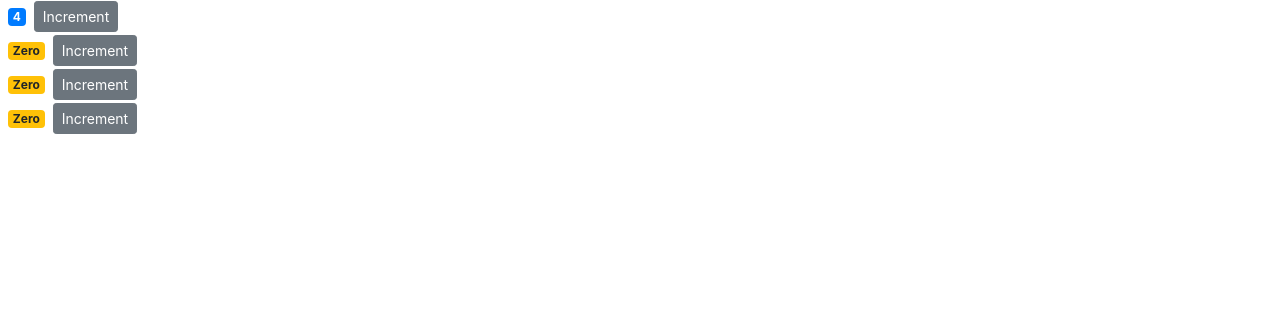
Repository: smk87/First-React-App
Page: /
These files come from the project's save history. The page is drawn as it stood at one moment and after the next save; the edit follows.
The browser window is 1280 px wide. The pictures show the whole page.
The project was rebuilt for these pictures with package versions that can differ from the ones it lists, and the page was loaded fresh each time. Also part of the build but not shown: src/App.css, src/App.js.

Above is the page before, as saved 2019-01-05 14:02:04.

### public/index.html
<!DOCTYPE html>
<html lang="en">
  <head>
    <meta charset="utf-8" />
    <link rel="shortcut icon" href="%PUBLIC_URL%/favicon.ico" />
    <meta
      name="viewport"
      content="width=device-width, initial-scale=1, shrink-to-fit=no"
    />
    <meta name="theme-color" content="#000000" />
    <!--
      manifest.json provides metadata used when your web app is added to the
      homescreen on Android. See https://developers.google.com/web/fundamentals/web-app-manifest/
    -->
    <link rel="manifest" href="%PUBLIC_URL%/manifest.json" />
    <!--
      Notice the use of %PUBLIC_URL% in the tags above.
      It will be replaced with the URL of the `public` folder during the build.
      Only files inside the `public` folder can be referenced from the HTML.

      Unlike "/favicon.ico" or "favicon.ico", "%PUBLIC_URL%/favicon.ico" will
      work correctly both with client-side routing and a non-root public URL.
      Learn how to configure a non-root public URL by running `npm run build`.
    -->
    <title>Cart by React</title>
  </head>
  <body>
    <noscript>You need to enable JavaScript to run this app.</noscript>
    <div id="root"></div>
    <!--
      This HTML file is a template.
      If you open it directly in the browser, you will see an empty page.

      You can add webfonts, meta tags, or analytics to this file.
      The build step will place the bundled scripts into the <body> tag.

      To begin the development, run `npm start` or `yarn start`.
      To create a production bundle, use `npm run build` or `yarn build`.
    -->
  </body>
</html>

### src/index.js
import React from "react";
import ReactDOM from "react-dom";
import "./index.css";
import App from "./App";
import * as serviceWorker from "./serviceWorker";
import "bootstrap/dist/css/bootstrap.css";
import Counters from "./components/counters";

ReactDOM.render(<Counters />, document.getElementById("root"));

// If you want your app to work offline and load faster, you can change
// unregister() to register() below. Note this comes with some pitfalls.
// Learn more about service workers: http://bit.ly/CRA-PWA
serviceWorker.unregister();

### src/components/counters.jsx
import React, { Component } from "react";
import Counter from "./counter";

class Counters extends Component {
  state = {
    counters: [
      { id: 1, value: 4 },
      { id: 2, value: 0 },
      { id: 3, value: 0 },
      { id: 4, value: 0 }
    ]
  };
  render() {
    return (
      <div>
        {this.state.counters.map(counter => (
          <Counter key={counter.id} value={counter.value}>
            <h4>Title</h4>
          </Counter>
        ))}
      </div>
    );
  }
}

export default Counters;

### src/components/counter.jsx
import React, { Component } from "react";

class Counter extends Component {
  state = {
    value: this.props.value,
    tags: []
  };

  renderTags() {
    if (this.state.tags.length === 0) return <p>There are no tags!</p>;
    return (
      <ul>
        {this.state.tags.map(tag => (
          <li key={tag}>{tag}</li>
        ))}
      </ul>
    );
  }

  handleIncrement = product => {
    //console.log(product);
    this.setState({ value: this.state.value + 1 });
  };

  doHandleIncrement = () => {
    this.handleIncrement({ id: 1 });
  };

  render() {
    return (
      <div>
        <span className={this.getBadgeClasses()}>{this.formatCount()}</span>
        <button
          onClick={() => this.handleIncrement({ id: 1 })}
          className="btn btn-secondary btn-sm"
        >
          Increment
        </button>
      </div>
    );
  }

  getBadgeClasses() {
    let classes = "badge m-2 badge-";
    classes += this.state.value === 0 ? "warning" : "primary";
    return classes;
  }

  formatCount() {
    const { value: count } = this.state;
    return count === 0 ? "Zero" : count;
  }
}

export default Counter;

Loaded but not shown: src/index.css (common file); src/serviceWorker.js (common file)

After the next save:
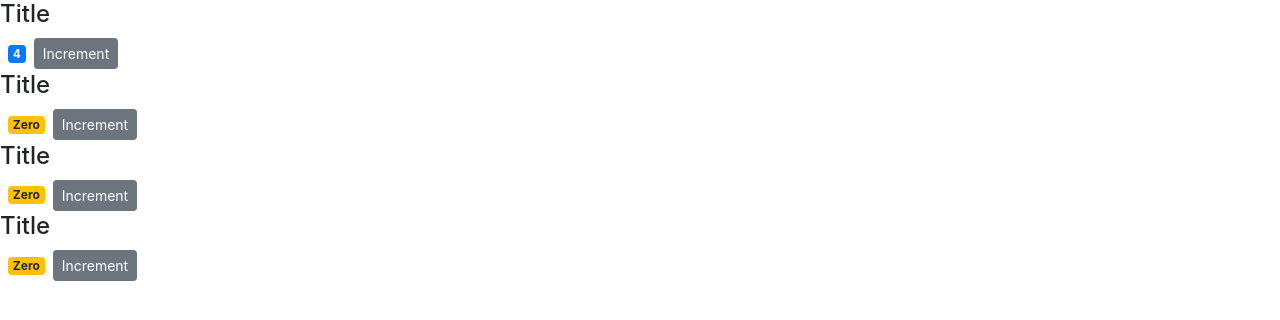
Saved 70 s later.
--- a/src/components/counter.jsx
+++ b/src/components/counter.jsx
@@ -29,6 +29,7 @@ class Counter extends Component {
   render() {
     return (
       <div>
+        {this.props.children}
         <span className={this.getBadgeClasses()}>{this.formatCount()}</span>
         <button
           onClick={() => this.handleIncrement({ id: 1 })}
